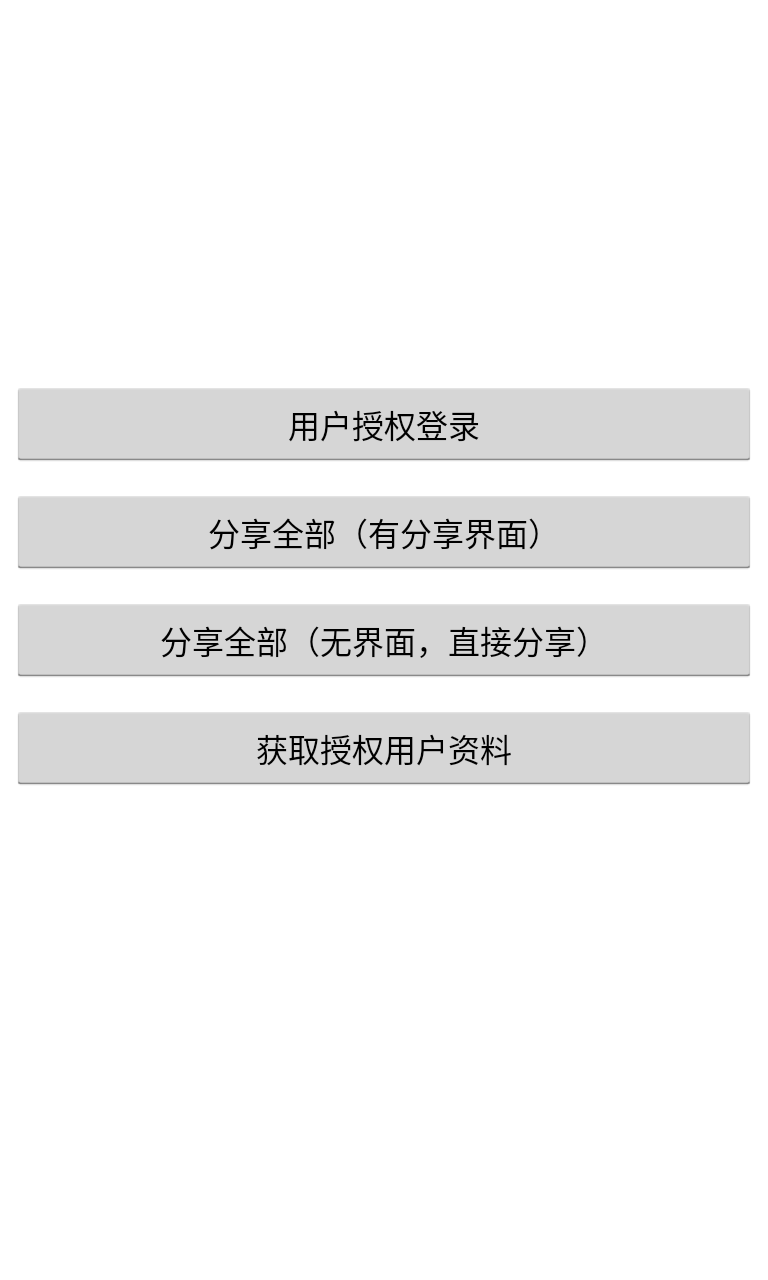
Repository: bestwanghp/sina_AndroidSDK_demo
Layout: XHL/res/layout/sharesdk_main.xml
The author's editor kept a copy of each file at every save. The layout is drawn from the files as they stood at one save, then again after the next save.
It is drawn on a 768 x 1280 px phone screen (xhdpi) without system bars, with theme AppTheme; the app's code is not run.

Above is the layout before, as saved 2013-12-05 02:45:48.

### XHL/res/layout/sharesdk_main.xml
<RelativeLayout xmlns:android="http://schemas.android.com/apk/res/android"
    xmlns:tools="http://schemas.android.com/tools"
    android:layout_width="match_parent"
    android:layout_height="match_parent" >

    <Button
        android:id="@+id/btnLogin"
        android:layout_width="fill_parent"
        android:layout_height="44dp"
        android:layout_above="@+id/btnShareAllGui"
        android:layout_centerHorizontal="true"
        android:layout_margin="5dp"
        android:text="用户授权登录"
        android:textSize="16dp"/>

    <Button
        android:id="@+id/btnShareAllGui"
        android:layout_width="fill_parent"
        android:layout_height="44dp"
        android:layout_above="@+id/btnShareAll"
        android:layout_margin="5dp"
        android:text="分享全部（有分享界面）"
        android:textSize="16dp" />

    <Button
        android:id="@+id/btnShareAll"
        android:layout_width="fill_parent"
        android:layout_height="44dp"
        android:layout_alignParentRight="true"
        android:layout_centerVertical="true"
        android:layout_margin="5dp"
        android:text="分享全部（无界面，直接分享）"
        android:textSize="16dp" />

    <Button
        android:id="@+id/btnUserInfo"
        android:layout_width="fill_parent"
        android:layout_height="44dp"
        android:layout_below="@+id/btnShareAll"
        android:layout_margin="5dp"
        android:layout_marginTop="41dp"
        android:text="获取授权用户资料"
        android:textSize="16dp" />

</RelativeLayout>

Loaded but not shown: XHL/res/values/styles.xml (common file); XHL/res/values-v11/styles.xml (common file); XHL/res/values-v14/styles.xml (common file)

After the next save:
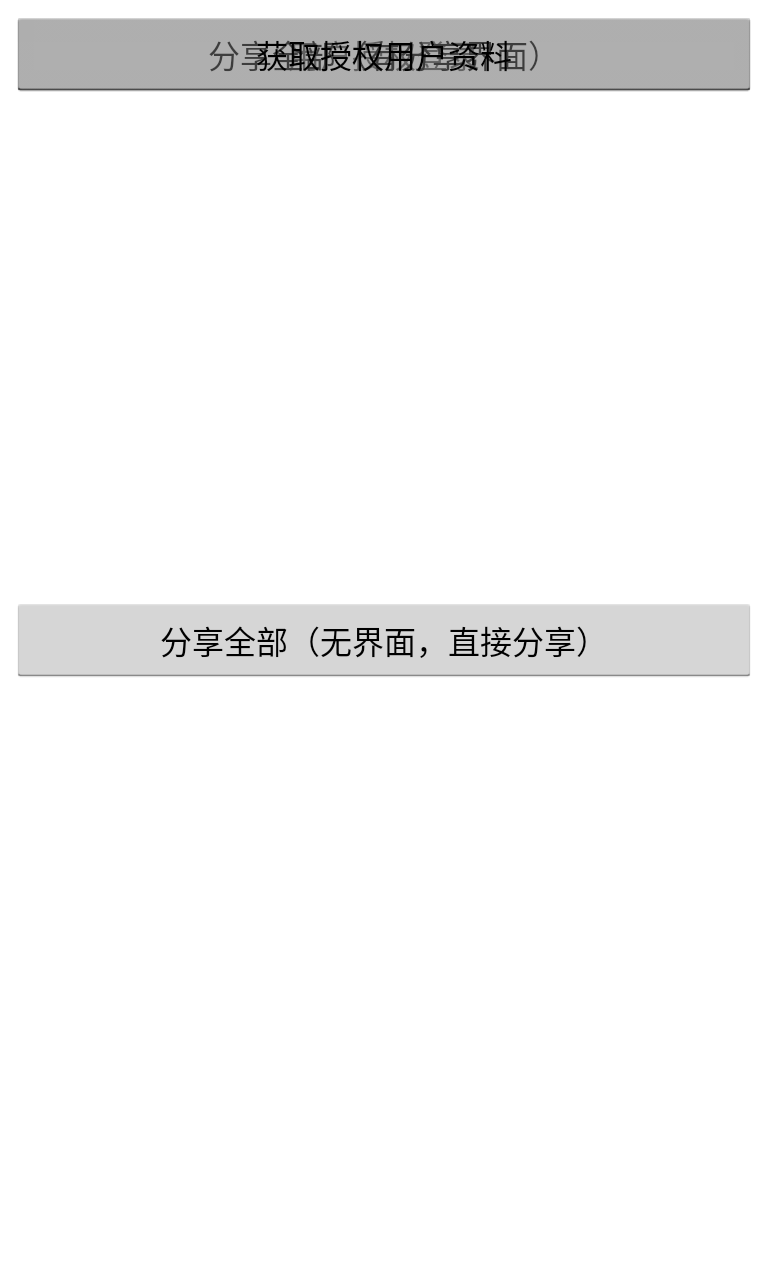
Saved 7 min 59 s later.
--- a/XHL/res/layout/sharesdk_main.xml
+++ b/XHL/res/layout/sharesdk_main.xml
@@ -7,7 +7,6 @@
         android:id="@+id/btnLogin"
         android:layout_width="fill_parent"
         android:layout_height="44dp"
-        android:layout_above="@+id/btnShareAllGui"
         android:layout_centerHorizontal="true"
         android:layout_margin="5dp"
         android:text="用户授权登录"
@@ -17,7 +16,6 @@
         android:id="@+id/btnShareAllGui"
         android:layout_width="fill_parent"
         android:layout_height="44dp"
-        android:layout_above="@+id/btnShareAll"
         android:layout_margin="5dp"
         android:text="分享全部（有分享界面）"
         android:textSize="16dp" />
@@ -36,7 +34,6 @@
         android:id="@+id/btnUserInfo"
         android:layout_width="fill_parent"
         android:layout_height="44dp"
-        android:layout_below="@+id/btnShareAll"
         android:layout_margin="5dp"
         android:layout_marginTop="41dp"
         android:text="获取授权用户资料"
